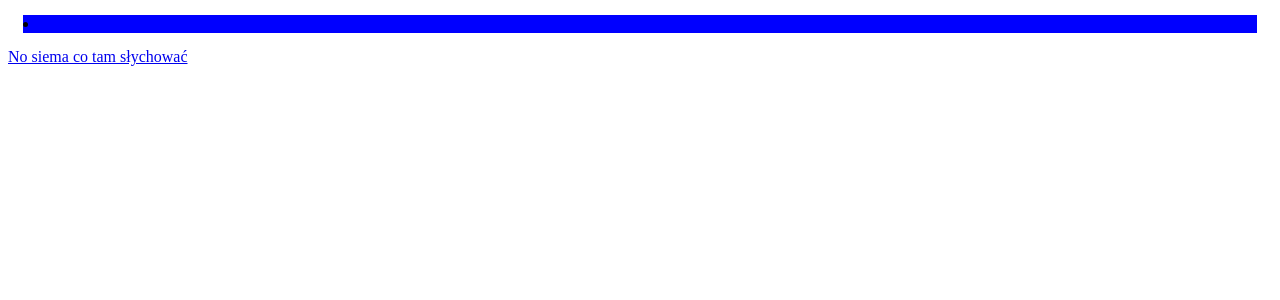
Repository: qunikarp/first-frontend-steps
Page: index.html
These files come from the project's save history. The page is drawn as it stood at one moment and after the next save; the edit follows.
The browser window is 1280 px wide. The pictures show the whole page.

Above is the page before, as saved 2022-05-23 23:05:31.

After the next save:
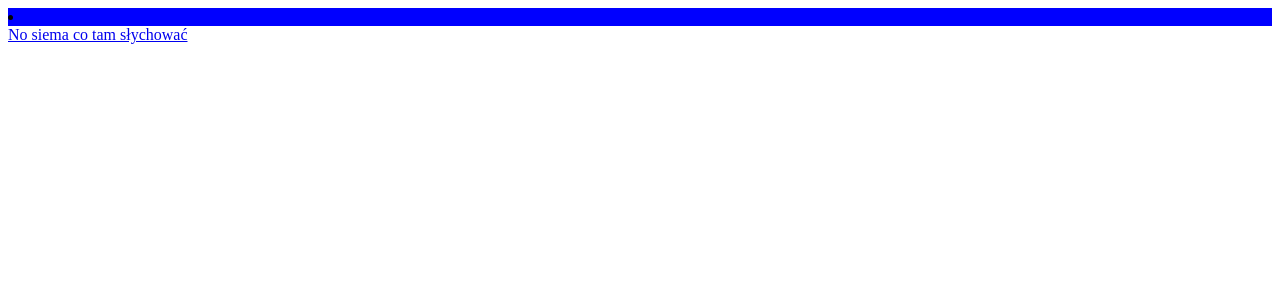
Saved 9 min 27 s later.
--- a/style.css
+++ b/style.css
@@ -1,5 +1,6 @@
 .menu
 {
+    border-
     margin:15px;
     background-color: blue;
 
